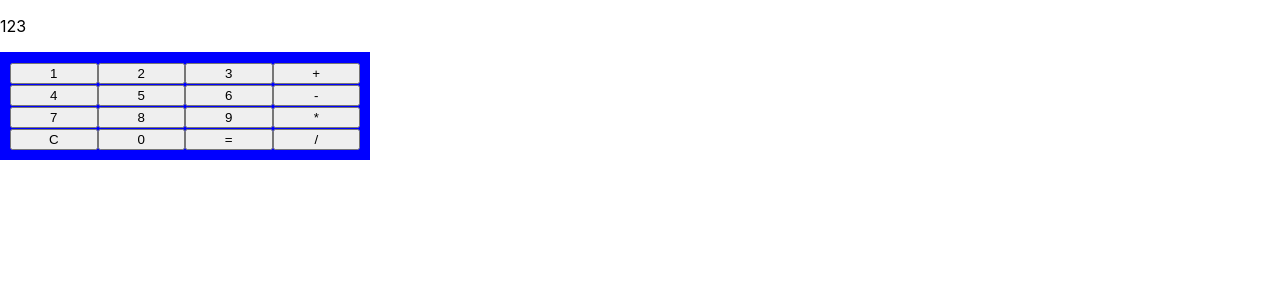
Repository: qudos4real/calculator
Page: /
The author's editor kept a copy of each file at every save. The page is drawn from the files as they stood at one save, then again after the next save.
The browser window is 1280 px wide. The pictures show the whole page.
The project was rebuilt for these pictures with package versions that can differ from the ones it lists, and the page was loaded fresh each time.

Above is the page before, as saved 2022-10-09 02:17:09.

### src/index.css
body {
  margin: 0;
  font-family: -apple-system, BlinkMacSystemFont, 'Segoe UI', 'Roboto', 'Oxygen',
    'Ubuntu', 'Cantarell', 'Fira Sans', 'Droid Sans', 'Helvetica Neue',
    sans-serif;
  -webkit-font-smoothing: antialiased;
  -moz-osx-font-smoothing: grayscale;
}

code {
  font-family: source-code-pro, Menlo, Monaco, Consolas, 'Courier New',
    monospace;
}
   border: 10px solid black;

### src/App.js
import Buttons from "./components/Buttons";
import Screen from "./components/Screen";





function App() {
  return (
    <div>
      <Screen />
         <Buttons />
    </div>
  );
}

export default App;

### src/components/Buttons.js
import React from "react";
import "./Buttons.css";

const numbers = [
  [1, 2, 3, "+"],
  [4, 5, 6, "-"],
  [7, 8, 9, "*"],
  ["C", 0, "=", "/"],
];


function Buttons({value, onClick}) {
  return (
    <div className="buttonWrapper">
      {numbers.flat().map((num) => {
        return (
          <button key={num} className="num">{num}</button>
        )
      })
      }
            {/* {numbers.map((num) => {
                return (
                    <button key={num} className="num" value={num} onClick={() => {
                        console.log(`${num} clicked`)
                    }
                    } >{num}</button>
                )
            })} */}
    </div>
  );
}

export default Buttons;

### src/components/Screen.js


import React from 'react'

function Screen() {
    return (
        <div className='screen'>
           <p>123</p>
        </div>
    )
}

export default Screen

### src/components/Buttons.css
.buttonWrapper {
    width: 350px;
    padding: 10px;
    background-color: blue;
}
.num {
    width: 25%;
}

Loaded but not shown: public/index.html (common file); src/index.js (common file)

After the next save:
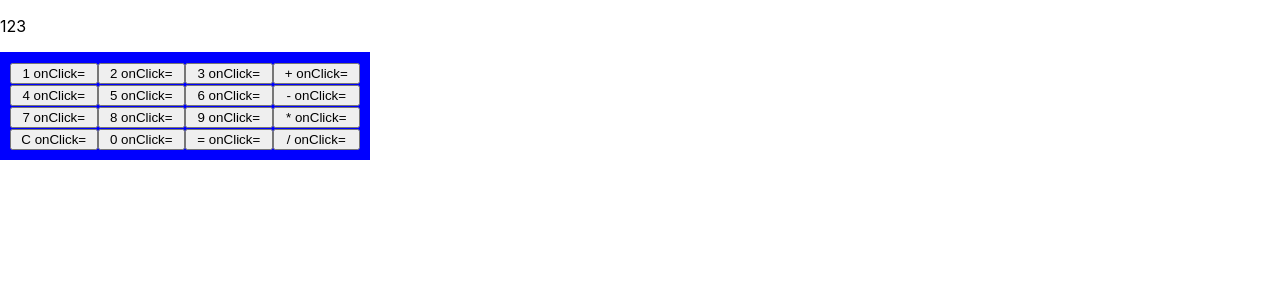
Saved 118 s later.
--- a/src/components/Buttons.js
+++ b/src/components/Buttons.js
@@ -8,13 +8,16 @@
   ["C", 0, "=", "/"],
 ];
 
+const clickHandler = ({num}) => {
+  console.log({num})
+}
 
 function Buttons({value, onClick}) {
   return (
     <div className="buttonWrapper">
       {numbers.flat().map((num) => {
         return (
-          <button key={num} className="num">{num}</button>
+          <button key={num} className="num">{num} onClick={clickHandler} </button>
         )
       })
       }

After the 2 saves that followed:
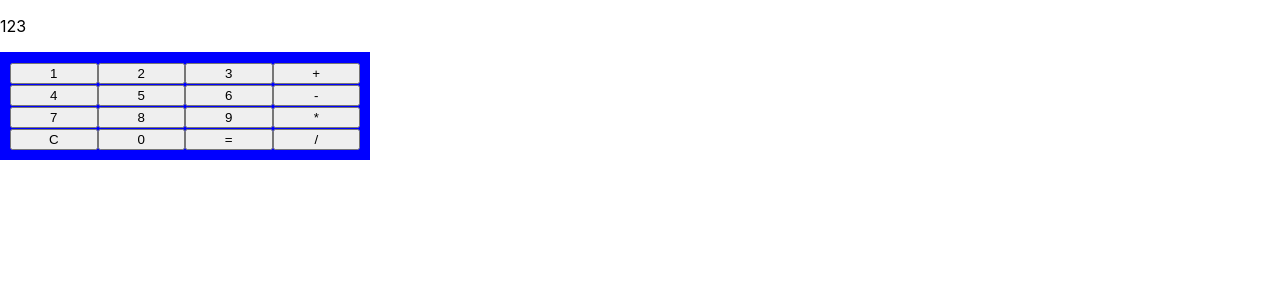
The 2 saves are shown as one change because 1 left the picture as it was.
The last was saved 2 min 6 s later.
--- a/src/components/Buttons.js
+++ b/src/components/Buttons.js
@@ -8,7 +8,7 @@
   ["C", 0, "=", "/"],
 ];
 
-const clickHandler = ({num}) => {
+const clickHandler = () => {
   console.log({num})
 }
 
@@ -17,7 +17,7 @@
     <div className="buttonWrapper">
       {numbers.flat().map((num) => {
         return (
-          <button key={num} className="num">{num} onClick={clickHandler} </button>
+          <button key={num} className="num">{num}</button>
         )
       })
       }
